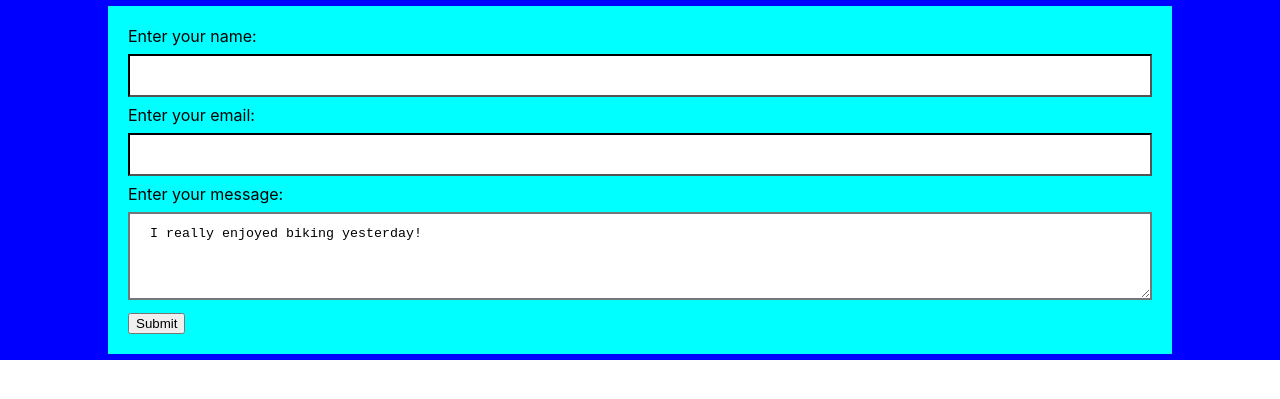
Repository: AddamVictorioDev/ProfileWebsite
Page: /form (app in con/)
The author's editor kept a copy of each file at every save. The page is drawn from the files as they stood at one save, then again after the next save.
The browser window is 1280 px wide. The pictures show the whole page.
The project was rebuilt for these pictures with package versions that can differ from the ones it lists, and the page was loaded fresh each time. Also part of the build but not shown: con/src/App.css, con/src/home.css, con/src/home.js, con/src/addam.css, con/src/addam.js, con/src/usescripts.js, con/src/projects.js.

Above is the page before, as saved 2023-03-16 18:57:07.

After the next save:
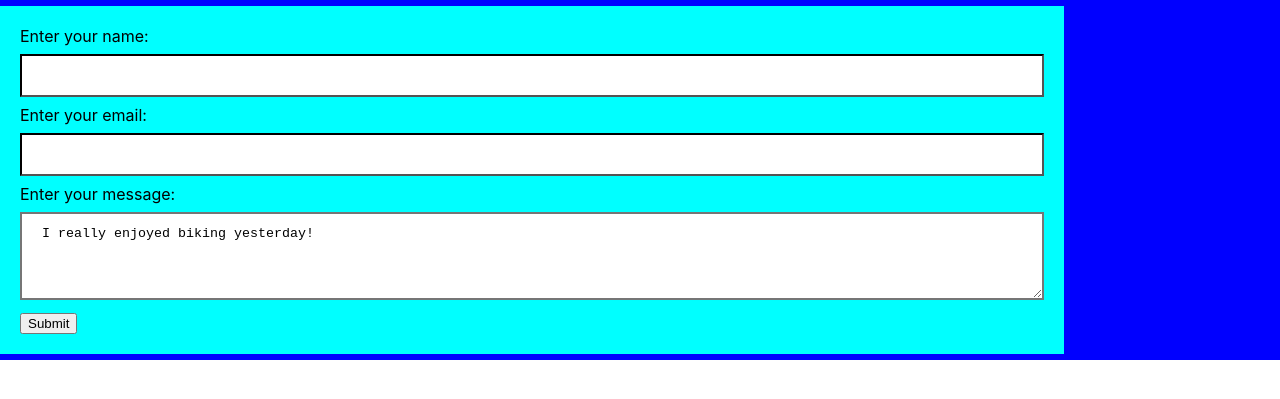
Saved 26 s later.
--- a/con/src/form.css
+++ b/con/src/form.css
@@ -10,8 +10,7 @@
 }
 
 .center{
-    display: grid;
-    place-items: center;
+
     height: 50vh;
     background-color: blue;
 

After the save that followed:
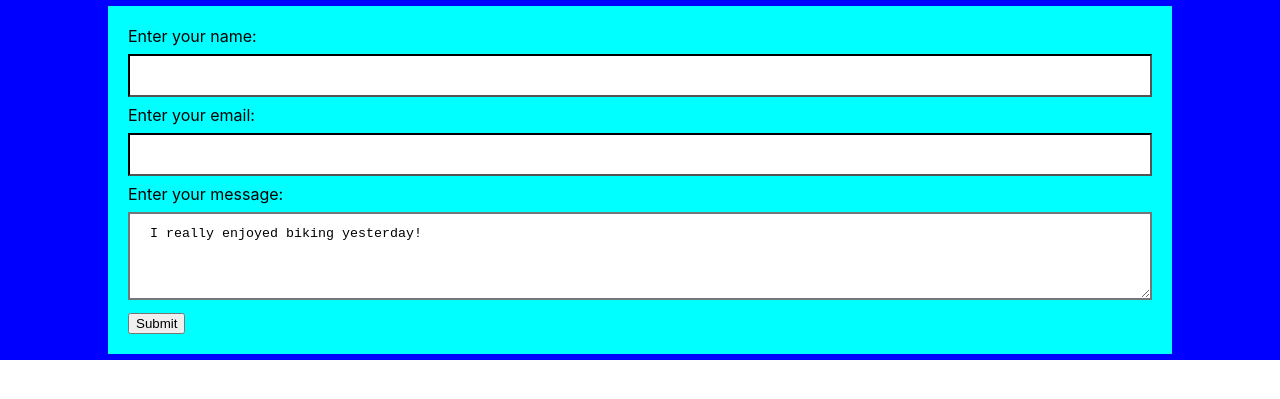
Saved 6 s later.
--- a/con/src/form.css
+++ b/con/src/form.css
@@ -10,7 +10,8 @@
 }
 
 .center{
-
+    display: grid;
+    place-items: center;
     height: 50vh;
     background-color: blue;
 
